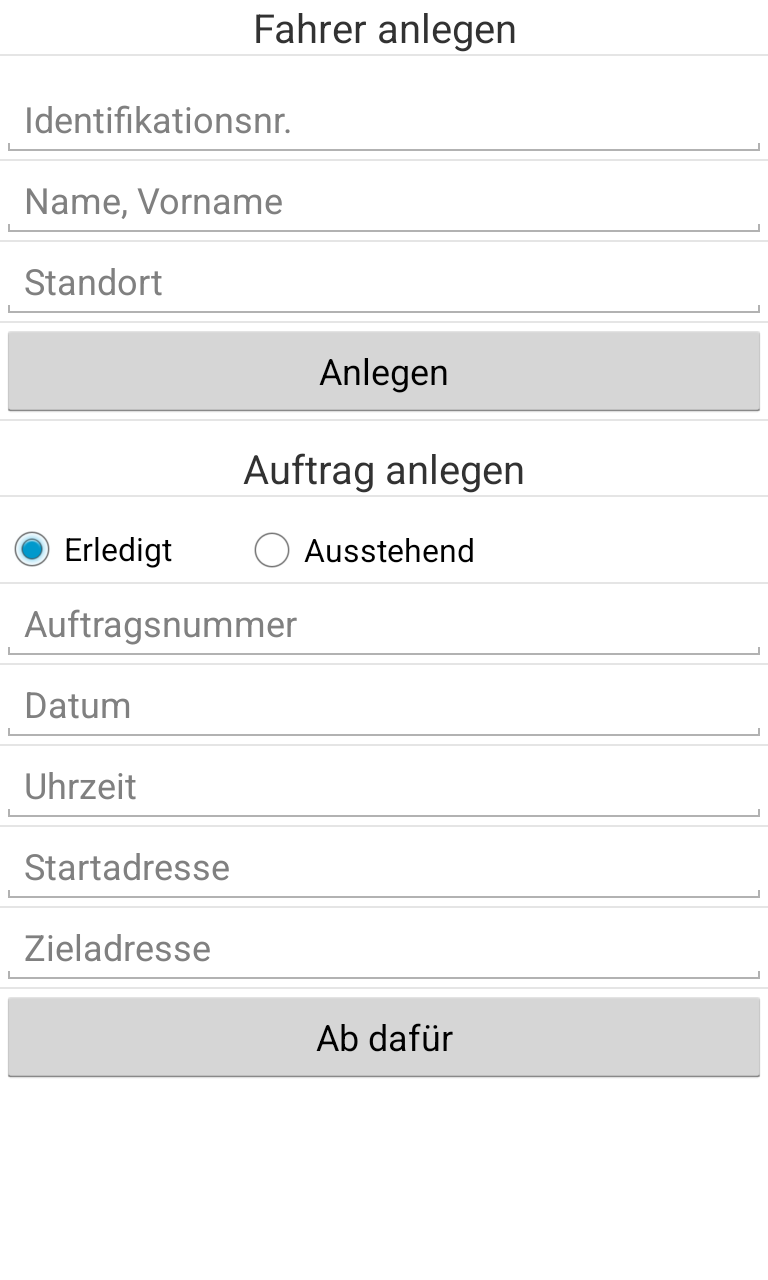
Repository: VroniZinsser/Kurierdienst
Layout: KurierdienstVroni/res/layout/activity_manager.xml
The author's editor kept a copy of each file at every save. The layout is drawn from the files as they stood at one save, then again after the next save.
It is drawn on a 768 x 1280 px phone screen (xhdpi) without system bars, with theme AppTheme; the app's code is not run. The app's manifest (not shown) leaves right-to-left support off. So textAlignment, textDirection and layoutDirection are ignored, and left and right values win over start and end ones.

Above is the layout before, as saved 2014-07-16 10:10:02.

After the next save:
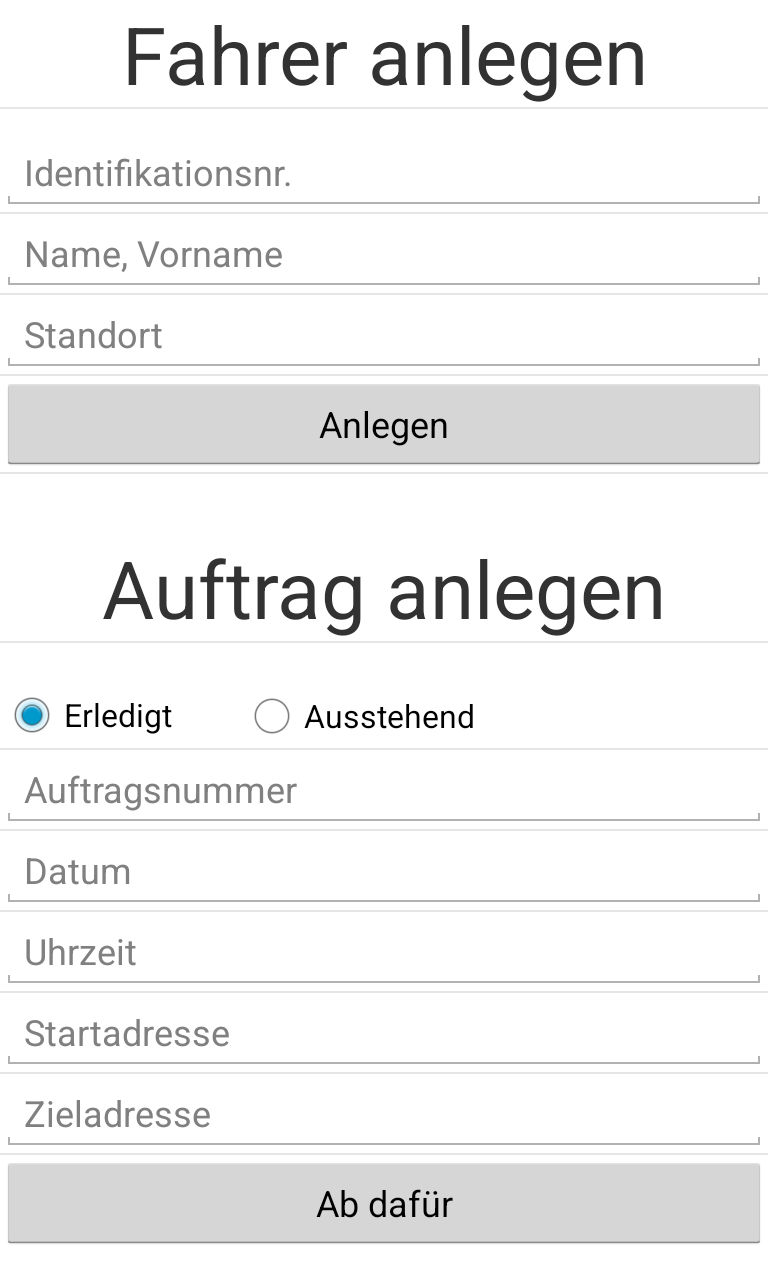
Saved 7 min 54 s later.
--- a/KurierdienstVroni/res/layout/activity_manager.xml
+++ b/KurierdienstVroni/res/layout/activity_manager.xml
@@ -11,14 +11,12 @@
     android:orientation="vertical"
     android:showDividers="middle" >
 
-
-
     <TextView
         android:id="@+id/fahrer"
         android:layout_width="match_parent"
         android:layout_height="wrap_content"
         android:gravity="center_vertical|center_horizontal"
-        android:textSize="20sp"
+        android:textSize="40sp"
         android:text="@string/fahrer" />
 
     <EditText
@@ -40,28 +38,28 @@
         android:layout_height="wrap_content"
         android:hint="@string/fahrer_standort"></EditText>
 
-        <Button
-            android:id="@+id/fahrer_submit"
-            android:layout_width="match_parent"
-            android:layout_height="wrap_content"
-            android:layout_gravity="center_vertical|center_horizontal"
-            android:gravity="center_vertical|center_horizontal"
-            android:text="@string/fahrer_anlegen"
-            android:textAlignment="center" />
+    <Button
+        android:id="@+id/fahrer_submit"
+        android:layout_width="match_parent"
+        android:layout_height="wrap_content"
+        android:layout_gravity="center_vertical|center_horizontal"
+        android:gravity="center_vertical|center_horizontal"
+        android:text="@string/fahrer_anlegen"
+        android:textAlignment="center" />
 
     <TextView
         android:layout_width="match_parent"
         android:layout_height="wrap_content"
         android:gravity="center_vertical|center_horizontal"
-        android:textSize="20sp"
-        android:layout_marginTop="10dp"
+        android:textSize="40sp"
+        android:layout_marginTop="30dp"
         android:text="@string/anlegen_text" />
 
     <RadioGroup
         android:id="@+id/choose_pre_drinks"
         android:layout_width="wrap_content"
         android:layout_height="wrap_content"
-        android:layout_marginTop="10dp">
+        android:layout_marginTop="20dp">
 
         <RadioButton
             android:id="@+id/erledigt"
